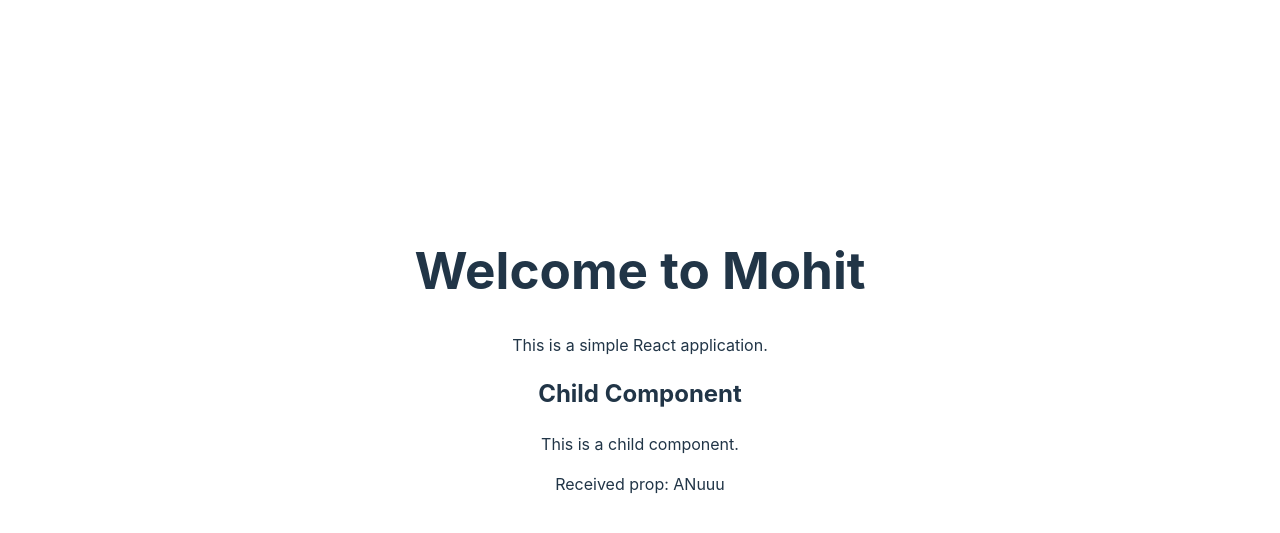
Repository: Mohitkumar1322/ReactTut
Page: / (app in MohitDecode/)
An editor plug-in stored every save of this project. The page is shown before and after the next save, followed by the edit.
The browser window is 1280 px wide. The pictures show the whole page.
The project was rebuilt for these pictures with package versions that can differ from the ones it lists, and the page was loaded fresh each time. Also part of the build but not shown: MohitDecode/vite.config.js.

Above is the page before, as saved 2025-08-01 13:23:11.

After the next save:
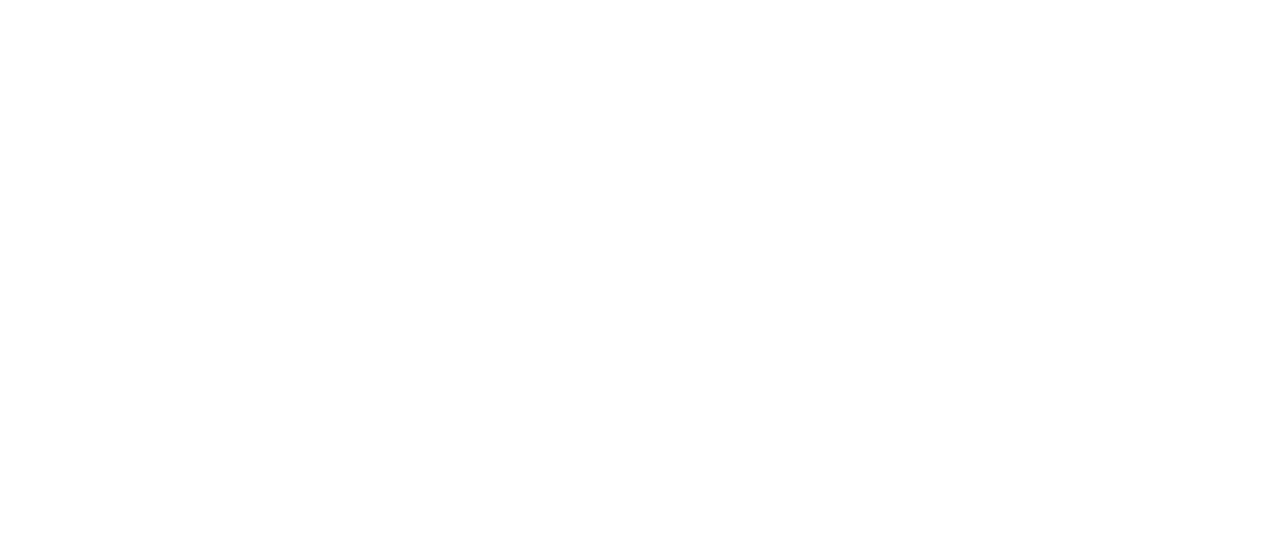
Console error: ReferenceError: OnchangeEventByInput is not defined
Saved 92 s later.
--- a/MohitDecode/src/OnchangeEventByInput.jsx
+++ b/MohitDecode/src/OnchangeEventByInput.jsx
@@ -1,6 +1,4 @@
-const OnchangeEventByInput = () =>{
-    <h1>Mohit kuamr</h1>
-}
+
 
 
 export default OnchangeEventByInput;

After the save that followed:
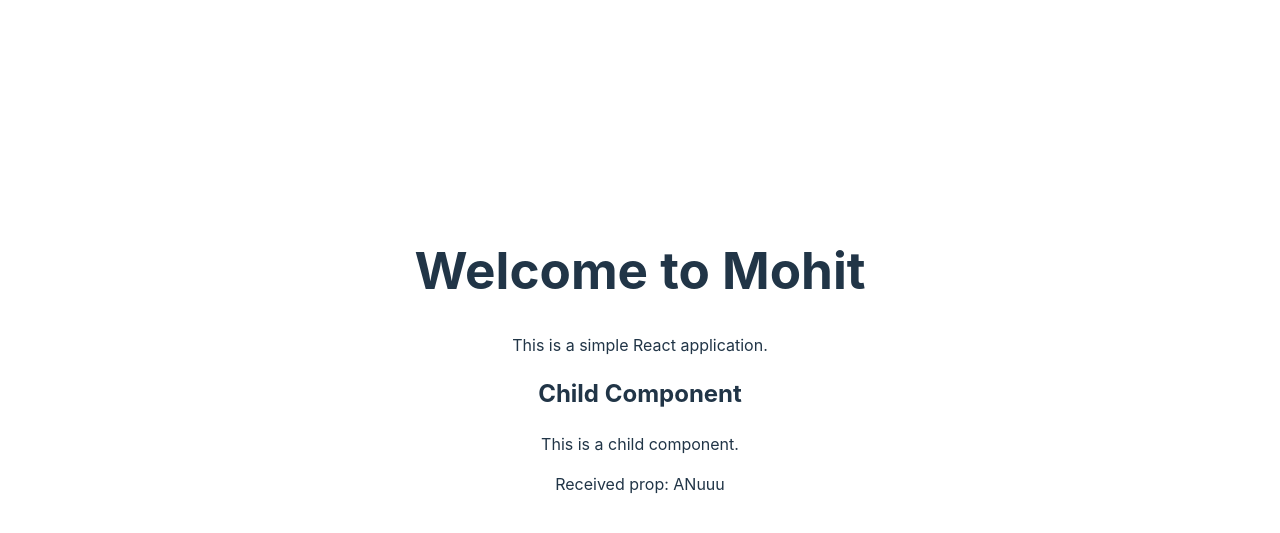
The error is gone.
Saved 4 s later.
--- a/MohitDecode/src/OnchangeEventByInput.jsx
+++ b/MohitDecode/src/OnchangeEventByInput.jsx
@@ -1,4 +1,6 @@
+function OnchangeEventByInput() {
 
+}
 
 
 export default OnchangeEventByInput;
